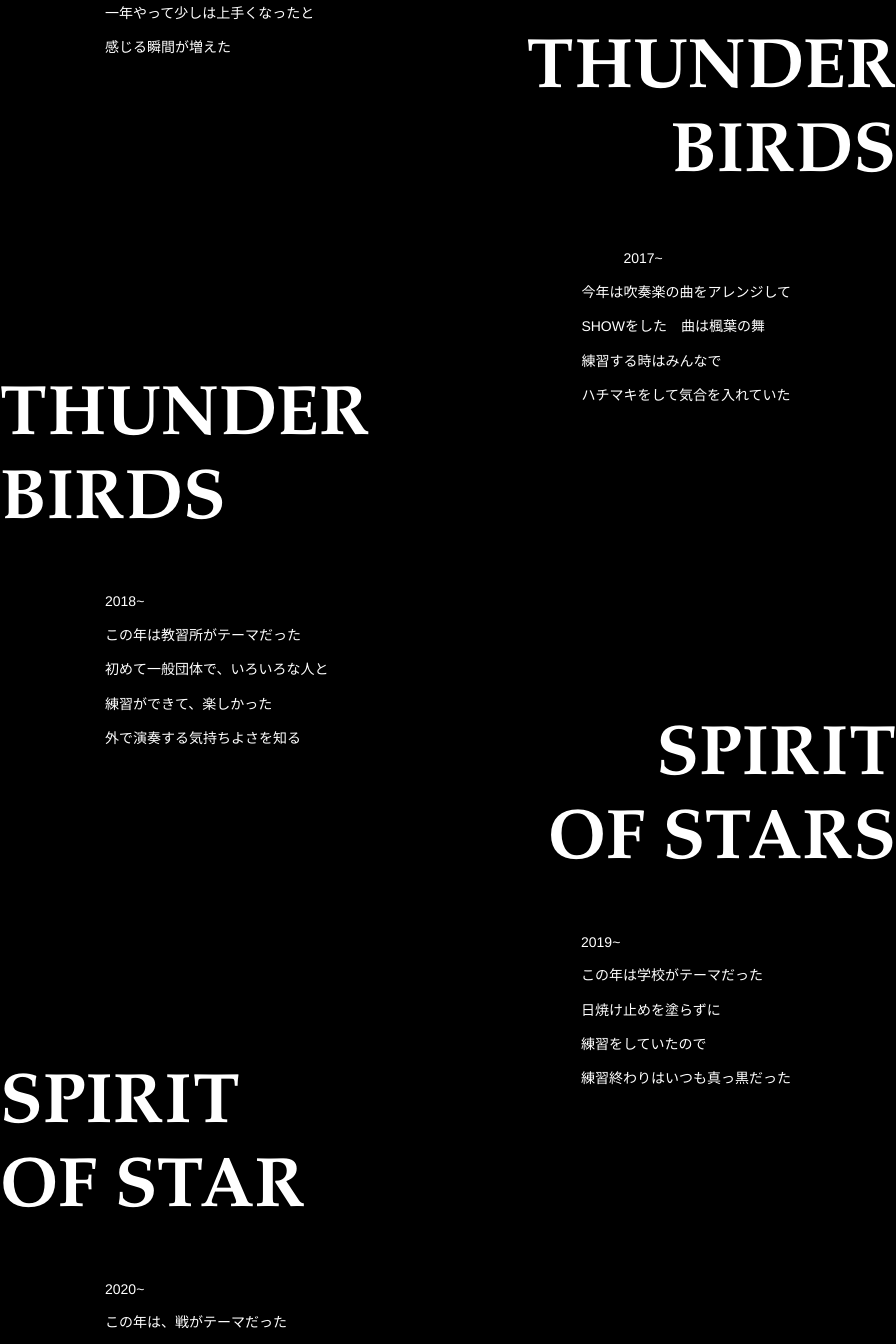
Repository: yutosoma/profile
Page: yuto/marching.html
The author's editor kept a record of every edit. The page is drawn from the files as they stood at one moment, then again after the next edit.
The browser window is 1280 px wide. The pictures show the part of the page from y = 1496 to 3416 px (the page is 3859 px tall), at 70% of full size.

Above is the page before.
Console error: TypeError: Cannot read properties of null (reading 'addEventListener')

### yuto/marching.html
<!DOCTYPE html>
<html lang="en">
<head>
    <meta charset="UTF-8">
    <link rel="stylesheet" href="marching.css">
    <meta name="viewport" content="width=device-width, initial-scale=1.0">
    <meta http-equiv="X-UA-Compatible" content="ie=edge">
    <title>マーチング</title>
</head>

<body>
    <h1>MARCHING HISTORY</h1>
    <div class ="top-container-left">
         <P id="fadein1" class="fadein-before"><img src="image/mar1.png" class= "mar1"></P>
         <div class="explanation-left">
           <p>　　　2015~</p>
           <p>この年の曲はSMAPのメドレー</p>
           <P>曲中にダンスを取り入れたりして</P>
           <P>見ても楽しい、やっていても楽しい</P>
           <p>SHOWにすることができた</p>

         </div>
   </div>
   <h3 class="left">THUNDER<span class="br"></span> BIRDS</h3>
    <div class ="top-container-right">
         <div class="explanation-right">
          <P>　　　2016~</P>
          <P>この年は桜メドレー</P>
          <P>傘など使った演出が好きだった</P>
          <P>一年やって少しは上手くなったと</P>
          <p>感じる瞬間が増えた</p>
         </div>
         <P id="fadein2" class="fadein-before"><img src="image/mar2.png" class= "mar2"></P>
   </div>
   <h3 class="right">THUNDER<span class="br"></span> BIRDS</h3>
    <div class ="top-container-left">
         <P id="fadein3" class="fadein-before"><img src="image/mar3.png" class= "mar3"></P>
         <div class="explanation-left">
           <P>　　　2017~</P>
           <P>今年は吹奏楽の曲をアレンジして</P>
           <P>SHOWをした　曲は楓葉の舞</P>
           <P>練習する時はみんなで</P>
           <P>ハチマキをして気合を入れていた</P>
         </div>
   </div>
   <h3 class="left">THUNDER<span class="br"></span> BIRDS</h3>
    <div class ="top-container-right">
         <div class="explanation-right">
          <P>2018~</P>
          <P>この年は教習所がテーマだった</P>
          <P>初めて一般団体で、いろいろな人と</P>
          <P>練習ができて、楽しかった</P>
          <p>外で演奏する気持ちよさを知る</p>
         </div>
         <P id="fadein4" class="fadein-before"><img src="image/mar4.png" class= "mar4"></P>
    </div>
   <h3 class="right">SPIRIT<span class="br"></span>OF STARS</h3>

    <div class ="top-container-left">
         <P id="fadein5" class="fadein-before"><img src="image/mar5.png" class= "mar5"></P>
         <div class="explanation-left">
           <P>2019~</P>
           <P>この年は学校がテーマだった</P>
           <P>日焼け止めを塗らずに</P>
           <P>練習をしていたので</P>
           <P>練習終わりはいつも真っ黒だった</P>
         </div>
   </div>
   <h3 class="left">SPIRIT<span class="br"></span> OF STAR</h3>
   <div class ="top-container-right">
         <div class="explanation-right">
          <P>2020~</P>
          <P>この年は、戦がテーマだった</P>
          <P>栃木県まで練習しにいく</P>
          <P>初めて全国大会に出場することできて</P>
          <p>続けてよかったなと思った。</p>
         </div>
         <P id="fadein6" class="fadein-before"><img src="image/mar6.png" class= "mar6"></P>
    </div>
    <h3 class="right">SATUKI<span class="br"></span>　DREAMERS</h3>

    <script src="marching.js"></script>

   <footer>
        <small>ⓒ2022 yuto<small>
    </footer>

</body>
</html>

### yuto/marching.css
body{
 margin:0;
 background-color: black;
 font-family: 'Avenir','Helvetica Neue','Helvetica','Arial','Hiragino Sans','ヒラギノ角ゴシック',YuGothic,'Yu Gothic','メイリオ', Meiryo,'ＭＳ Ｐゴシック','MS PGothic'
}
.top-container-right {
display: flex;
margin-bottom: 200px;
text-align: right;
}
.top-container-left {
display: flex;
margin-bottom: 200px;
}
.mar1, .mar2, .mar3, .mar4, .mar5, .mar6 {
  padding: 10px;
  width: 50%;
  opacity: 0;
  transition-duration: 0.8s;
}
h1 {
    color: white;
    font-size: 190px;
    text-align: center;
    animation: blink-fast .3s linear infinite;
    font-family:"Book Antiqua";
    margin-bottom: 250px;
}
@keyframes blink-fast {
  0% {
    opacity: 0;
  }
  10% {
    opacity: 1;
  }
}


h3 {
  position: relative;
  bottom: 530px;
  font-size: 130px;
  text-align: center;
  margin-bottom: -420px;
  color: white;
  font-family:"Book Antiqua";
}
.explanation-left {
    color: white;
    position: relative;
    right:150px;
    top:10px;
    font-size: 20px;
    white-space: nowrap;

}
.explanation-right {
    color: white;
    position: relative;
    left:150px;
    top:10px;
    font-size: 20px;
    white-space: nowrap;
    text-align: left;
}
footer {
    margin-top: 30px;
    background-color:#652a60;
    font-color: black;
    font-size: 20px;
    text-align: center;
}

.is-scrollIn {
      opacity: 1;
      transform: translate(0, -100px);
    }

@media screen and (max-width: 1327px) {
  .left {
  position: relative;
  bottom: 530px;
  font-size: 100px;
  text-align: left;
  margin-bottom: -490px;
  color: white;
  font-family:"Book Antiqua";
}
.right {
  position: relative;
  bottom: 530px;
  font-size: 100px;
  text-align: right;
  margin-bottom: -490px;
  color: white;
  font-family:"Book Antiqua";
}
.br::after {
    content: "\A";
    white-space: pre;
}

}

### yuto/marching.js
const FADEIN_ELEM1 = document.getElementById('fadein1');

window.addEventListener('scroll', () => {
    const FADEIN_ELEM_TOP = FADEIN_ELEM1.getBoundingClientRect().top;
    const WINDOW_HEIGHT = window.innerHeight;
    if (WINDOW_HEIGHT > (FADEIN_ELEM_TOP + 200)) {
        FADEIN_ELEM1.classList.add('fadein-after');
    }else{
        FADEIN_ELEM1.classList.remove('fadein-after');
    }
});
/*---------------------------------------------------------*/
const FADEIN_ELEM2 = document.getElementById('fadein2');

window.addEventListener('scroll', () => {
    const FADEIN_ELEM_TOP = FADEIN_ELEM2.getBoundingClientRect().top;
    const WINDOW_HEIGHT = window.innerHeight;
    if (WINDOW_HEIGHT > (FADEIN_ELEM_TOP + 200)) {
        FADEIN_ELEM2.classList.add('fadein-after');
    }else{
        FADEIN_ELEM2.classList.remove('fadein-after');
    }
});
/*---------------------------------------------------------*/
const FADEIN_ELEM3 = document.getElementById('fadein3');

window.addEventListener('scroll', () => {
    const FADEIN_ELEM_TOP = FADEIN_ELEM3.getBoundingClientRect().top;
    const WINDOW_HEIGHT = window.innerHeight;
    if (WINDOW_HEIGHT > (FADEIN_ELEM_TOP + 200)) {
        FADEIN_ELEM3.classList.add('fadein-after');
    }else{
        FADEIN_ELEM3.classList.remove('fadein-after');
    }
});
/*---------------------------------------------------------*/
const FADEIN_ELEM4 = document.getElementById('fadein4');

window.addEventListener('scroll', () => {
    const FADEIN_ELEM_TOP = FADEIN_ELEM4.getBoundingClientRect().top;
    const WINDOW_HEIGHT = window.innerHeight;
    if (WINDOW_HEIGHT > (FADEIN_ELEM_TOP + 200)) {
        FADEIN_ELEM4.classList.add('fadein-after');
    }else{
        FADEIN_ELEM4.classList.remove('fadein-after');
    }
});
/*---------------------------------------------------------*/
const FADEIN_ELEM5 = document.getElementById('fadein5');

window.addEventListener('scroll', () => {
    const FADEIN_ELEM_TOP = FADEIN_ELEM5.getBoundingClientRect().top;
    const WINDOW_HEIGHT = window.innerHeight;
    if (WINDOW_HEIGHT > (FADEIN_ELEM_TOP + 200)) {
        FADEIN_ELEM5.classList.add('fadein-after');
    }else{
        FADEIN_ELEM5.classList.remove('fadein-after');
    }
});
/*---------------------------------------------------------*/
const FADEIN_ELEM6 = document.getElementById('fadein6');

window.addEventListener('scroll', () => {
    const FADEIN_ELEM_TOP = FADEIN_ELEM6.getBoundingClientRect().top;
    const WINDOW_HEIGHT = window.innerHeight;
    if (WINDOW_HEIGHT > (FADEIN_ELEM_TOP + 200)) {
        FADEIN_ELEM6.classList.add('fadein-after');
    }else{
        FADEIN_ELEM6.classList.remove('fadein-after');
    }
});
/*---------------------------------------------------------*/
const scroll_to_top_btn = document.querySelector('#scroll-to-top-btn');
scroll_to_top_btn.addEventListener( 'click' , scroll_to_top );

function scroll_to_top(){
	window.scroll({top: 0, behavior: 'smooth'});
};

window.addEventListener( 'scroll' , scroll_event );

function scroll_event(){

	if(window.pageYOffset > 400){
		scroll_to_top_btn.style.opacity = '1';
	}else	if(window.pageYOffset < 400){
		scroll_to_top_btn.style.opacity = '0';
	}

};

After the next edit:
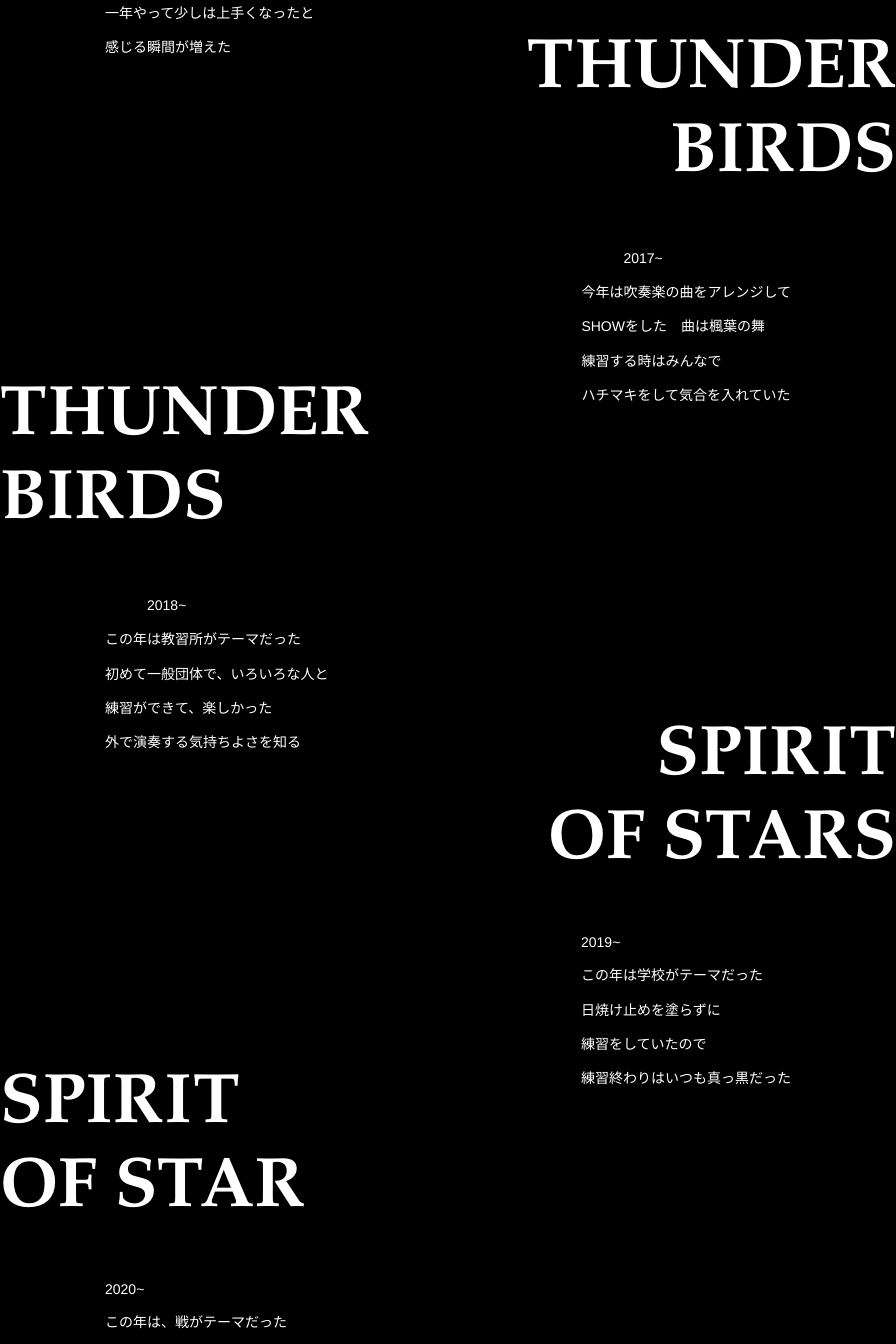
The edit:
--- a/yuto/marching.html
+++ b/yuto/marching.html
@@ -46,7 +46,7 @@
    <h3 class="left">THUNDER<span class="br"></span> BIRDS</h3>
     <div class ="top-container-right">
          <div class="explanation-right">
-          <P>2018~</P>
+          <P>　　　2018~</P>
           <P>この年は教習所がテーマだった</P>
           <P>初めて一般団体で、いろいろな人と</P>
           <P>練習ができて、楽しかった</P>
